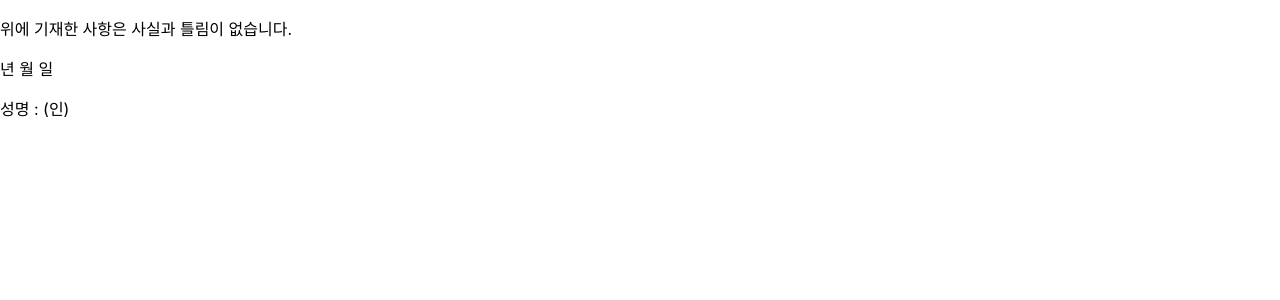
Repository: jiyeonyun/Resume
Page: / (app in resumes/)
The author's editor kept a copy of each file at every save. The page is drawn from the files as they stood at one save, then again after a run of saves.
The browser window is 1280 px wide. The pictures show the whole page.
The project was rebuilt for these pictures with package versions that can differ from the ones it lists, and the page was loaded fresh each time. Also part of the build but not shown: resumes/src/App.module.css.

Above is the page before, as saved 2022-05-25 13:30:20.

After the next 2 saves:
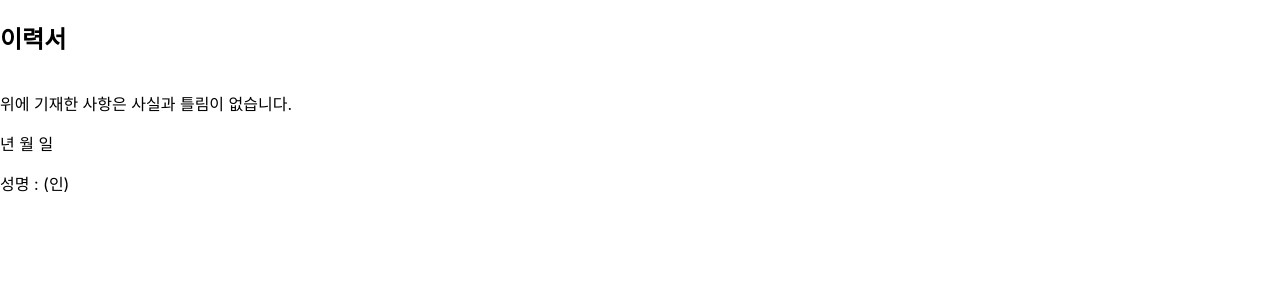
The 2 saves are shown as one change because they came seconds apart.
The last was saved 69 s later.
--- a/resumes/src/components/header/header.jsx
+++ b/resumes/src/components/header/header.jsx
@@ -1,9 +1,11 @@
 import React from "react";
 
 const Header = (props) => {
-  <header>
-    <h2>이력서</h2>
-  </header>;
+  return (
+    <header>
+      <h2>이력서</h2>
+    </header>
+  );
 };
 
 export default Header;
